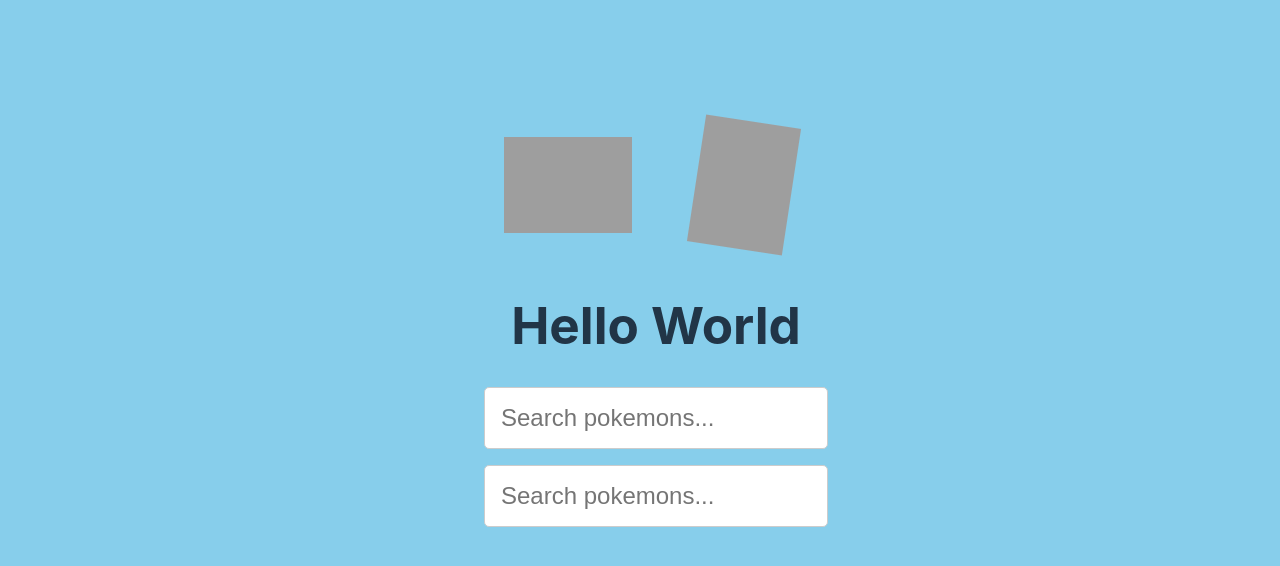
Repository: marianozamora/vite-test-plat
Page: /
The author's editor kept a copy of each file at every save. The page is drawn from the files as they stood at one save, then again after a run of saves.
The browser window is 1280 px wide. The pictures show the whole page.
Pictures or frames that could not be fetched are drawn as grey boxes. The page's requests for data from a server got no answer. The project was rebuilt for these pictures with package versions that can differ from the ones it lists, and the page was loaded fresh each time. No one was signed in, and anything a server would have sent is missing. Also part of the build but not shown: vite.config.js, src/list.styl.

Above is the page before, as saved 2023-06-22 17:38:30.

After the next 2 saves:
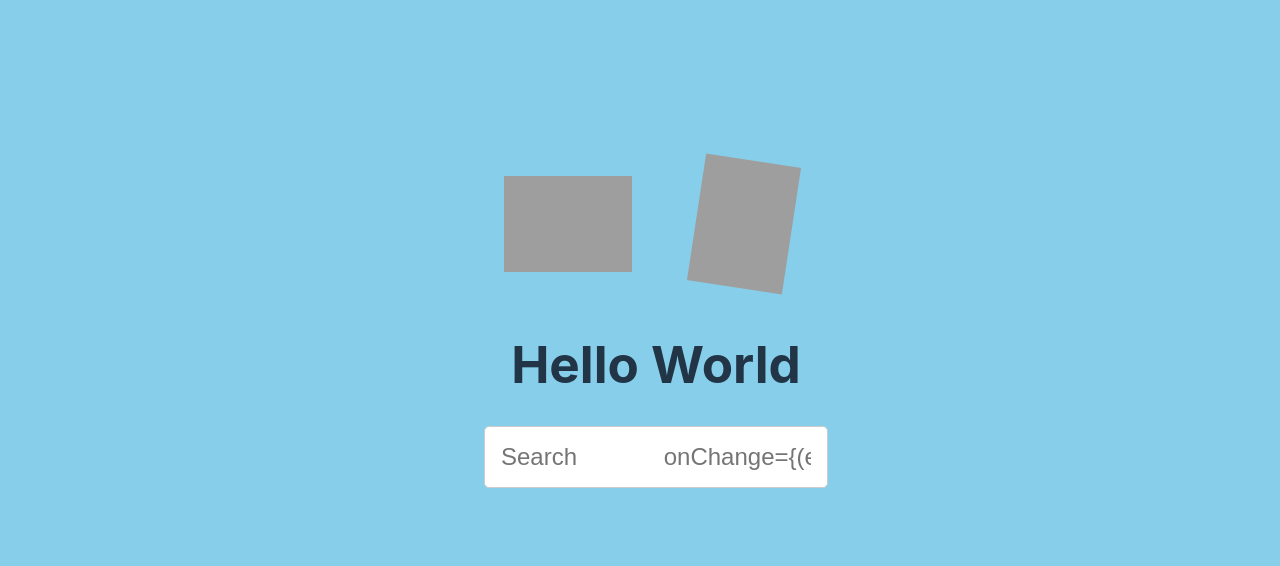
The 2 saves are shown as one change because they came seconds apart.
The last was saved 15 s later.
--- a/src/App.jsx
+++ b/src/App.jsx
@@ -46,14 +46,9 @@ function App() {
         </a>
       </div>
       <h1>Hello World</h1>
-
-      <input
-        type="text"
-        placeholder="Search pokemons..."
-        onChange={(e)=> filterByText(e)}
-      />
       <div className="filter__text">
-            <input type="text" placeholder="Search pokemons..." />
+        <input type="text" placeholder="Search
+            onChange={(e)=> filterByText(e)}pokemons..." />
         </div>
       <List data={pokemons} />
     </div>
